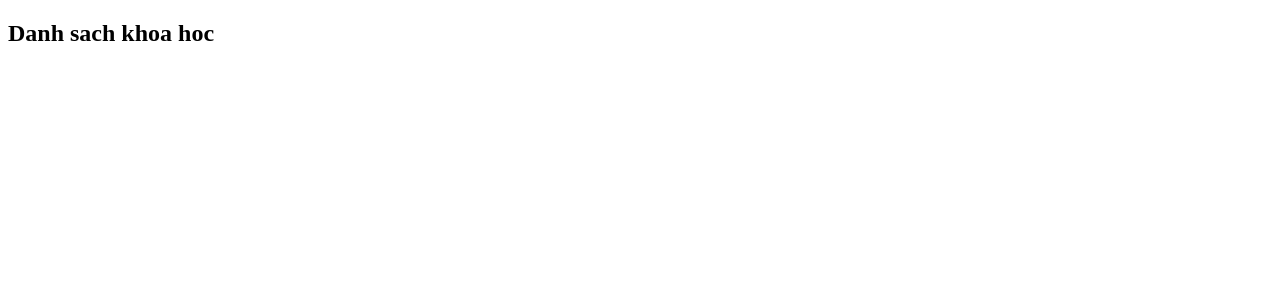
Repository: Zain1409/company
Page: client/test/demo.html
An editor plug-in stored every save of this project. The page is shown before and after the next save, followed by the edit.
The browser window is 1280 px wide. The pictures show the whole page.
The page's requests for data from a server got no answer.

Above is the page before, as saved 2021-04-05 09:09:29.

After the next save:
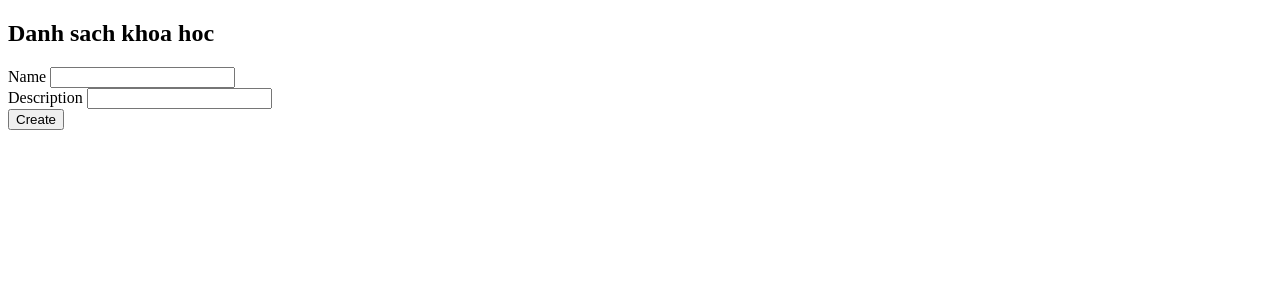
Saved 3 min 35 s later.
--- a/client/test/demo.html
+++ b/client/test/demo.html
@@ -12,6 +12,19 @@
 
        </ul>
    </div>
+   <div>
+       <div>
+           <label>Name</label>
+           <input type="text" name="name">
+       </div>
+       <div>
+           <label for="">Description</label>
+           <input type="text" name="description">
+       </div>
+       <div>
+           <button>Create</button>
+       </div>
+   </div>
     <script src="./demo.js"></script>
 </body>
 </html>
